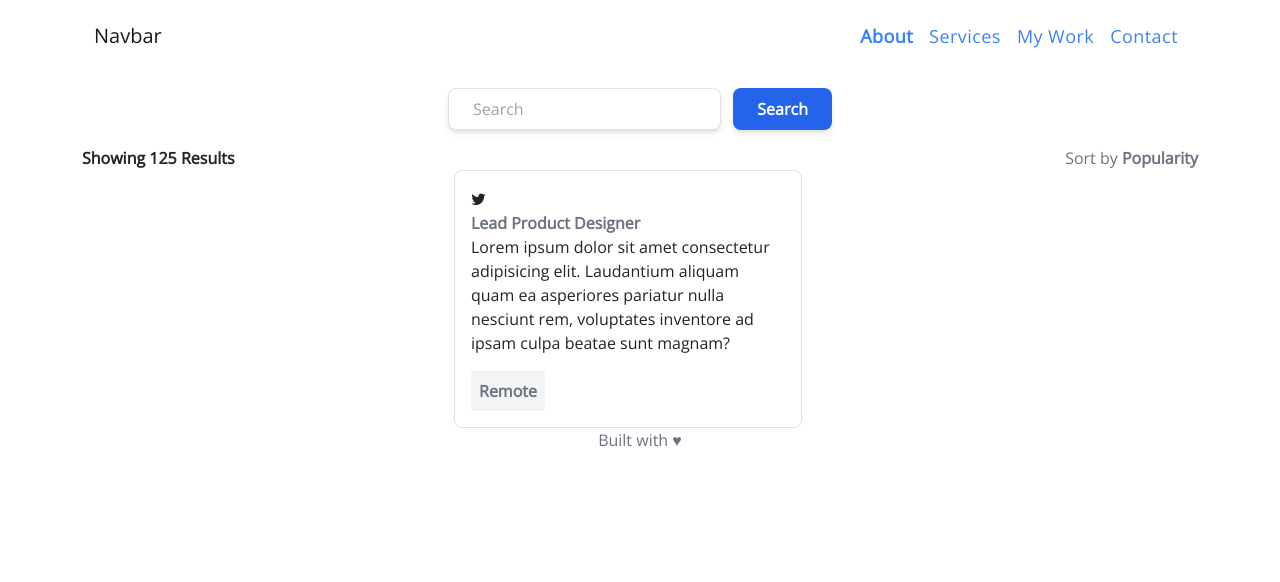
Repository: latenightsnacc/giggles
Page: HTML/search.html
An editor plug-in stored every save of this project. The page is shown before and after the next save, followed by the edit.
The browser window is 1280 px wide. The pictures show the whole page.
Some web libraries are served in a nearby version.

Above is the page before, as saved 2021-01-04 11:59:20.

After the next save:
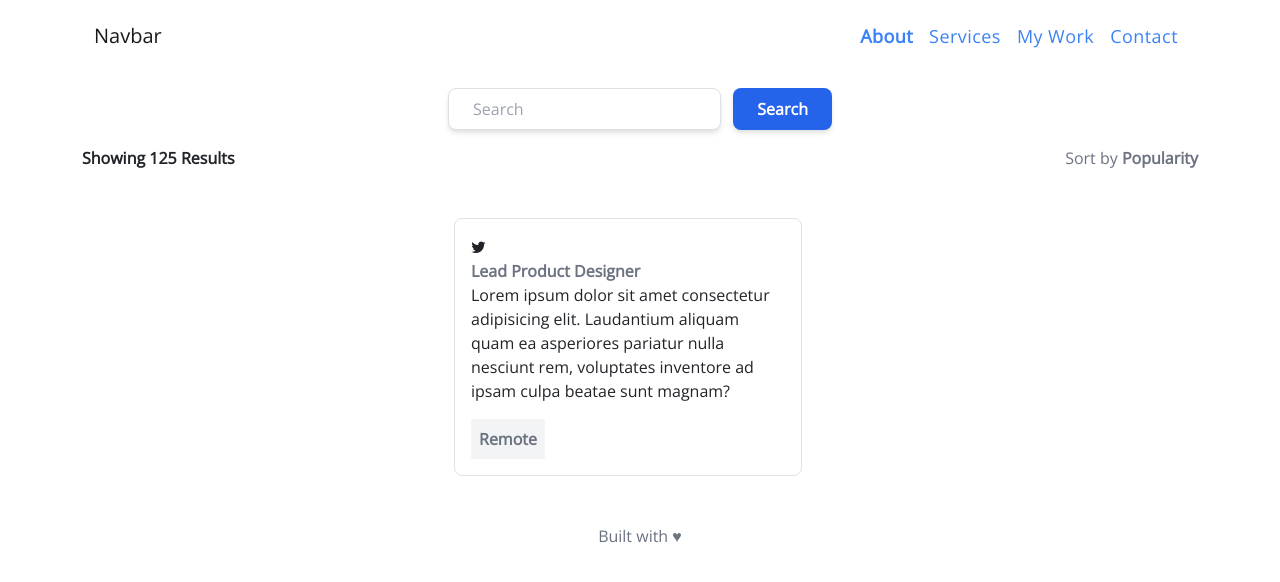
Saved 16 s later.
--- a/HTML/search.html
+++ b/HTML/search.html
@@ -55,7 +55,7 @@
             </div>
         </div>
 
-        <div class="container">
+        <div class="container my-5">
             <div class="row flex justify-center w-100">
                 <div class="col-xs-12 col-sm-12 col-md-4 col-lg-4">
                     <div class="max-w-sm hover:shadow-2xl border p-3 rounded-lg">
